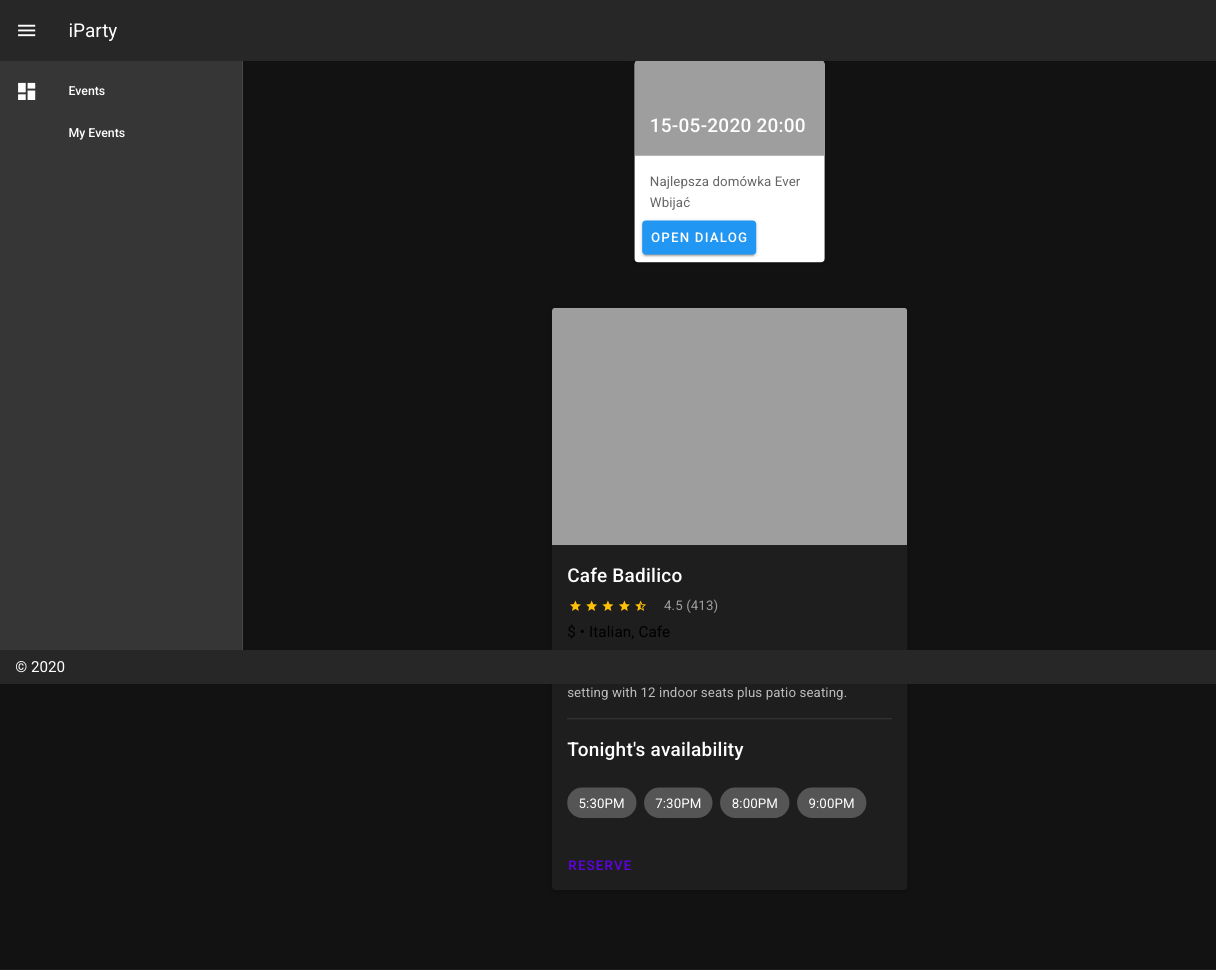
Repository: hexanek/partyapp
Page: /
An editor plug-in stored every save of this project. The page is shown before and after the next save, followed by the edit.
The browser window is 1280 px wide. The pictures show the whole page, at 95% of full size.
Pictures or frames that could not be fetched are drawn as grey boxes. The project was rebuilt for these pictures with package versions that can differ from the ones it lists, and the page was loaded fresh each time. Also part of the build but not shown: vue.config.js.

Above is the page before, as saved 2020-01-25 18:29:52.

### public/index.html
<!DOCTYPE html>
<html lang="en">
  <head>
    <meta charset="utf-8">
    <meta http-equiv="X-UA-Compatible" content="IE=edge">
    <meta name="viewport" content="width=device-width,initial-scale=1.0">
    <link rel="icon" href="<%= BASE_URL %>favicon.ico">
    <title>party-app</title>
    <link rel="stylesheet" href="https://fonts.googleapis.com/css?family=Roboto:100,300,400,500,700,900">
    <link rel="stylesheet" href="https://cdn.jsdelivr.net/npm/@mdi/font@latest/css/materialdesignicons.min.css">
  </head>
  <body>
    <noscript>
      <strong>We're sorry but party-app doesn't work properly without JavaScript enabled. Please enable it to continue.</strong>
    </noscript>
    <div id="app"></div>
    <!-- built files will be auto injected -->
  </body>
</html>

### src/main.js
import Vue from 'vue'
import App from './App.vue'
import vuetify from './plugins/vuetify';
import store from './store'
import router from './router'

Vue.config.productionTip = false

new Vue({
  vuetify,
  store,
  router,
  render: h => h(App)
}).$mount('#app')

### src/App.vue
<template>
  <v-app>


    <navbar>
    </navbar>

    <v-content>

      <v-responsive>
      <gmap
      @clickshow = "showDetails"
      >

      </gmap>

      </v-responsive>
      </v-content>
    <Footer>

    </Footer>
  </v-app>
</template>

<script>
import Navbar from "./components/Navbar";
import Footer from "./components/Footer";
import Gmap from "./components/Gmap";

export default {
  name: "App",

  components: {
    Navbar,
    Footer,
    Gmap
  },

  data: () => ({
    //
  }),
  methods: {
    showDetails: function() {
      this.details = !this.details;
    }
  }
};
</script>

### src/plugins/vuetify.js
import Vue from 'vue';
import Vuetify from 'vuetify/lib';
import VueRouter from 'vue-router'
import * as VueGoogleMaps from 'vue2-google-maps'


Vue.use(Vuetify);
Vue.use(VueRouter);
Vue.use(VueGoogleMaps, {
    load: {
        key: 'AIzaSyB6QzBesMB_MjqmuZF1p7hpCl8gg4kMEy8',
        libraries: 'places'
    }
})

export default new Vuetify({
    theme: {
        dark: true
    }
});

### src/router/index.js
import Vue from 'vue'
import VueRouter from 'vue-router'


Vue.use(VueRouter)

const routes = [
  {
    path: '/',
    name: 'home',

  },
  {
    path: '/about',
    name: 'about',
    // route level code-splitting
    // this generates a separate chunk (about.[hash].js) for this route
    // which is lazy-loaded when the route is visited.
    //component: () => import(/* webpackChunkName: "about" */ '../views/About.vue')
  }
]

const router = new VueRouter({
  routes
})

export default router

### src/components/Navbar.vue
<template>
    <div>
        <v-navigation-drawer
      v-model="drawer"
      app
      clipped
    >
      <v-list dense>
        <v-list-item link>
          <v-list-item-action>
            <v-icon>mdi-view-dashboard</v-icon>
          </v-list-item-action>
          <v-list-item-content>
            <v-list-item-title>Events</v-list-item-title>
          </v-list-item-content>
        </v-list-item>
        <v-list-item link>
          <v-list-item-action>
            <v-icon>mdi-settings</v-icon>
          </v-list-item-action>
          <v-list-item-content>
            <v-list-item-title>My Events</v-list-item-title>
          </v-list-item-content>
        </v-list-item>
      </v-list>
    </v-navigation-drawer>
     <v-app-bar
      flat
      app
      clipped-left
    >
      <v-app-bar-nav-icon @click.stop="drawer = !drawer" />
      <v-toolbar-title>iParty</v-toolbar-title>

    </v-app-bar>
    </div>
</template>

<script>
export default {
  name: "Navbar",
  data: () => ({
    drawer: null
  })
};
</script>

<style lang="scss" scoped>
</style>

### src/components/Footer.vue
<template>
    <div>
        <v-footer app>
            <span>&copy; 2020</span>
        </v-footer>
    </div>
</template>

<script>
    export default {
        name: 'Footer',

        data: () => ({

        })
    }
</script>

<style lang="scss" scoped>

</style>

### src/components/Gmap.vue
<template>
  <div>

    <GmapMap
      :center="start"
      :zoom="10"
      map-type-id="roadmap"
      style="width: 100vw; height: 90vh"
      v-bind:options="mapStyle"
    >

      <gmap-info-window
        :options="infoOptions"
        :position="infoPosition"
        :opened="infoOpened"
        @closeclick="infoOpened = false"
      >
       <popup
       @clickshow="showdetails"
       ></popup>
      </gmap-info-window>
      <GmapMarker
        :key="key"
        v-for="(item, key) in coordinates"
        :position="getPosition(item)"
        :clickable="true"
        @click="toggleInfo(item, key)"
      />
    </GmapMap>
       <!-- <v-navigation-drawer
      fixed
      right
      temporary
      v-model="detail"
      >


      </v-navigation-drawer> -->

      <v-card
    :loading="loading"
    class="mx-auto my-12"
    max-width="374"
    fixed
    v-model="detail"
  >
    <v-img
      height="250"
      src="https://cdn.vuetifyjs.com/images/cards/cooking.png"
    ></v-img>

    <v-card-title>Cafe Badilico</v-card-title>

    <v-card-text>
      <v-row
        align="center"
        class="mx-0"
      >
        <v-rating
          :value="4.5"
          color="amber"
          dense
          half-increments
          readonly
          size="14"
        ></v-rating>

        <div class="grey--text ml-4">4.5 (413)</div>
      </v-row>

      <div class="my-4 subtitle-1 black--text">
        $ • Italian, Cafe
      </div>

      <div>Small plates, salads & sandwiches an inteimate setting with 12 indoor seats plus patio seating.</div>
    </v-card-text>

    <v-divider class="mx-4"></v-divider>

    <v-card-title>Tonight's availability</v-card-title>

    <v-card-text>
      <v-chip-group
        v-model="selection"
        active-class="deep-purple accent-4 white--text"
        column
      >
        <v-chip>5:30PM</v-chip>

        <v-chip>7:30PM</v-chip>

        <v-chip>8:00PM</v-chip>

        <v-chip>9:00PM</v-chip>
      </v-chip-group>
    </v-card-text>

    <v-card-actions>
      <v-btn
        color="deep-purple accent-4"
        text
        @click="reserve"
      >
        Reserve
      </v-btn>
    </v-card-actions>
  </v-card>


  </div>
</template>

<script>
import Popup from "./Popup";

export default {
  name: "Gmap",
  components: {
    Popup
  },
  data: () => ({
    detail: false,
    start: {
      lat: 54.51889,
      lng: 18.53188
    },
    coordinates: {
      0: {
        party: "Domowka",
        lat: 54.291,
        lng: 18.341
      },
      1: {
        party: "Klub",
        lat: 54.111,
        lng: 18.1
      }
    },
    infoPosition: null,
    infoContent: null,
    infoOpened: false,
    infoCurrentKey: null,
    infoOptions: {
      pixelOffset: {
        width: 0,
        height: -35
      }
    },
    mapStyle: {
      styles: [
        { elementType: "geometry", stylers: [{ color: "#242f3e" }] },
        { elementType: "labels.text.stroke", stylers: [{ color: "#242f3e" }] },
        { elementType: "labels.text.fill", stylers: [{ color: "#746855" }] },
        {
          featureType: "administrative.locality",
          elementType: "labels.text.fill",
          stylers: [{ color: "#d59563" }]
        },
        {
          featureType: "poi",
          elementType: "labels.text.fill",
          stylers: [{ color: "#d59563" }]
        },
        {
          featureType: "poi.park",
          elementType: "geometry",
          stylers: [{ color: "#263c3f" }]
        },
        {
          featureType: "poi.park",
          elementType: "labels.text.fill",
          stylers: [{ color: "#6b9a76" }]
        },
        {
          featureType: "road",
          elementType: "geometry",
          stylers: [{ color: "#38414e" }]
        },
        {
          featureType: "road",
          elementType: "geometry.stroke",
          stylers: [{ color: "#212a37" }]
        },
        {
          featureType: "road",
          elementType: "labels.text.fill",
          stylers: [{ color: "#9ca5b3" }]
        },
        {
          featureType: "road.highway",
          elementType: "geometry",
          stylers: [{ color: "#746855" }]
        },
        {
          featureType: "road.highway",
          elementType: "geometry.stroke",
          stylers: [{ color: "#1f2835" }]
        },
        {
          featureType: "road.highway",
          elementType: "labels.text.fill",
          stylers: [{ color: "#f3d19c" }]
        },
        {
          featureType: "transit",
          elementType: "geometry",
          stylers: [{ color: "#2f3948" }]
        },
        {
          featureType: "transit.station",
          elementType: "labels.text.fill",
          stylers: [{ color: "#d59563" }]
        },
        {
          featureType: "water",
          elementType: "geometry",
          stylers: [{ color: "#17263c" }]
        },
        {
          featureType: "water",
          elementType: "labels.text.fill",
          stylers: [{ color: "#515c6d" }]
        },
        {
          featureType: "water",
          elementType: "labels.text.stroke",
          stylers: [{ color: "#17263c" }]
        }
      ]
    }
  }),
  methods: {
    getPosition: function(marker) {
      return {
        lat: parseFloat(marker.lat),
        lng: parseFloat(marker.lng)
      };
    },
    toggleInfo: function(marker, key) {
      this.infoPosition = this.getPosition(marker);
      this.infoContent = marker.party;
      if (this.infoCurrentKey === key) {
        this.infoOpened = !this.infoOpened;
      } else {
        this.infoOpened = true;
        this.infoCurrentKey = key;
      }
    },
    showdetails: function() {
      this.detail = !this.detail;
    }
  }
};
</script>

<style lang="scss" scoped></style>

### src/components/Popup.vue
<template>
    <div>
        <v-card
    class="mx-auto"
    max-width="200"
    light

  >
    <v-img
      class="white--text align-end"
      height="100px"
      src="https://cdn.vuetifyjs.com/images/cards/docks.jpg"
    >
      <v-card-title>15-05-2020 20:00</v-card-title>
    </v-img>

    <v-card-subtitle class="pb-0">Najlepsza domówka Ever</v-card-subtitle>

    <v-card-text class="pb-0">
      <div>Wbijać</div>

    </v-card-text>

    <v-card-actions>
       <v-btn
      color="primary"
      dark
      @click="showdetails"
    >
      Open Dialog
    </v-btn>

    </v-card-actions>
  </v-card>

    </div>
</template>

<script>
export default {
  name: "Popup",
  components: {},
  data: () => ({
    return: {}
  }),
  methods: {
    showdetails: function() {
      this.$emit("clickshow");
    }
  }
};
</script>

<style lang="scss" scoped>
</style>

Loaded but not shown: src/store/index.js (common file)

After the next save:
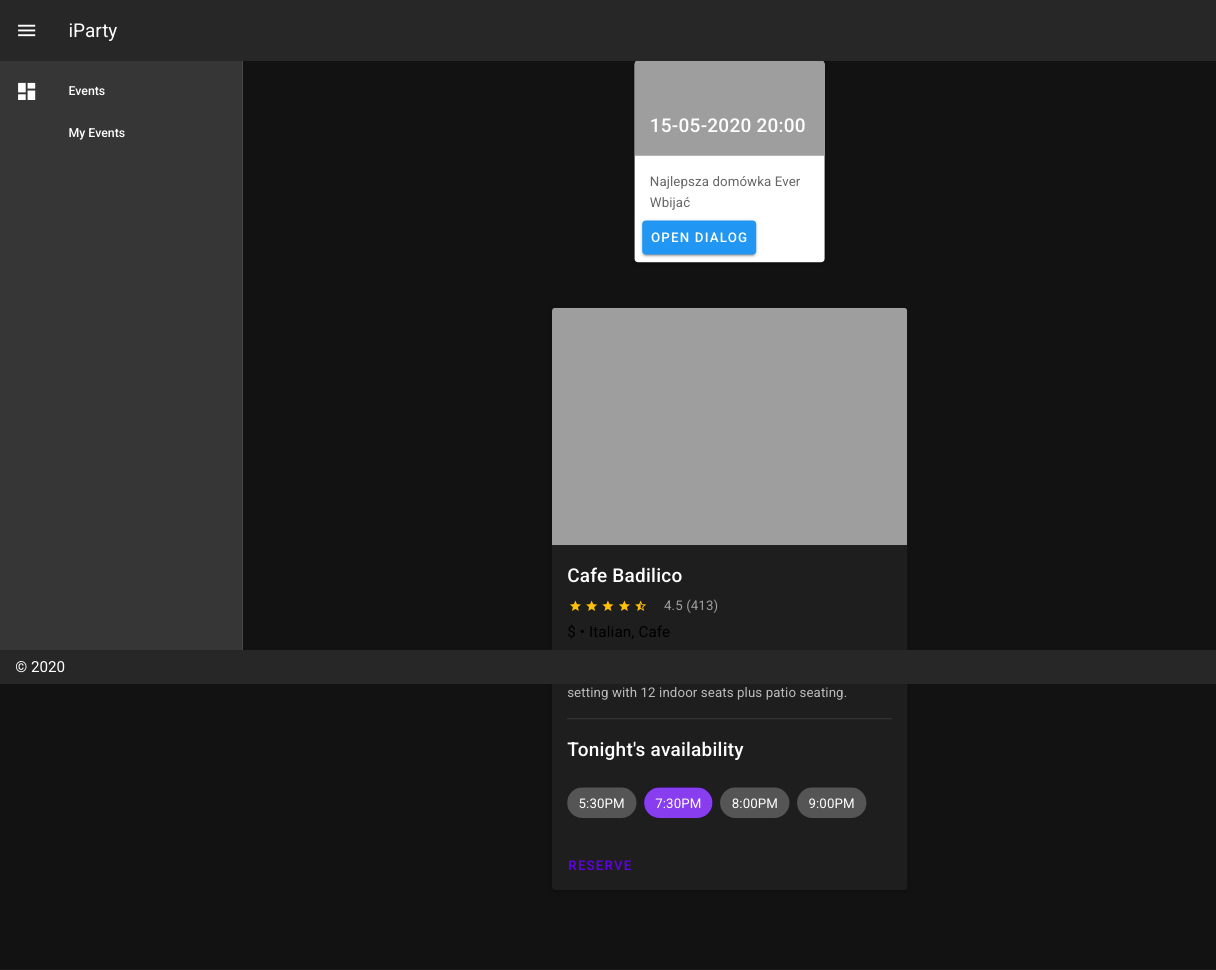
Saved 100 s later.
--- a/src/components/Gmap.vue
+++ b/src/components/Gmap.vue
@@ -119,6 +119,8 @@ export default {
     Popup
   },
   data: () => ({
+    loading: false,
+    selection: 1,
     detail: false,
     start: {
       lat: 54.51889,
@@ -248,7 +250,12 @@ export default {
     },
     showdetails: function() {
       this.detail = !this.detail;
-    }
+    },
+    reserve: function() {
+        this.loading = true
+
+        setTimeout(() => (this.loading = false), 2000)
+      },
   }
 };
 </script>
